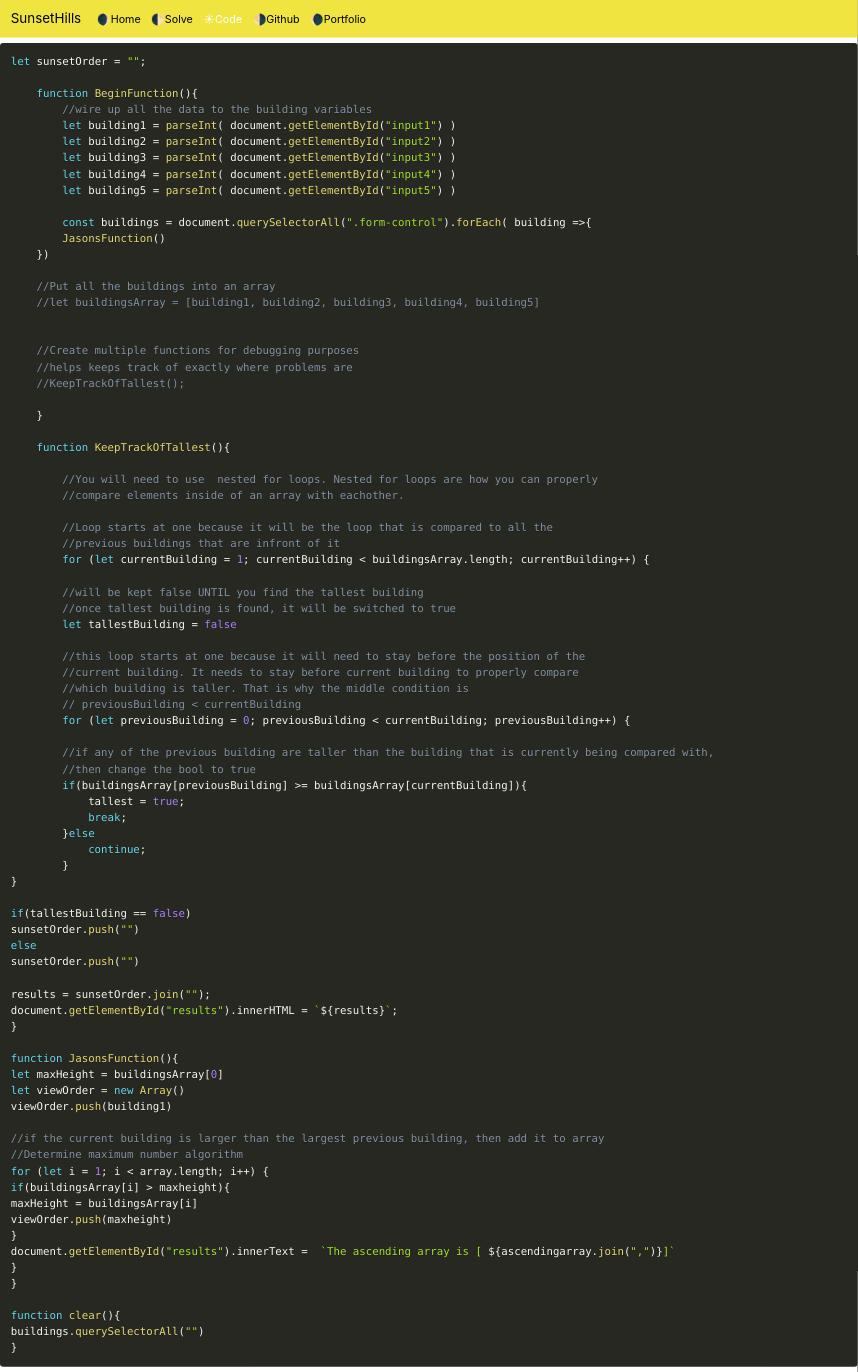
Repository: zhadjah9559/SunsetHills
Page: code.html
These files come from the project's save history. The page is drawn as it stood at one moment and after the next save; the edit follows.
The browser window is 1280 px wide. The pictures show the whole page, at 67% of full size.

Above is the page before, as saved 2021-01-14 17:20:41.

### code.html
<!doctype html>
<html lang="en">
  <head>
    <title>Title</title>
    <!-- Required meta tags -->
    <meta charset="utf-8">
    <meta name="viewport" content="width=device-width, initial-scale=1, shrink-to-fit=no">
    <meta http-equiv="X-UA-Compatible" content="ie=edge">
    <title>Fizz Buzz Coding Challenge (Implementing the Meta Strat</title>


    <!-- Bootstrap CSS -->
    <link rel="stylesheet" href="https://stackpath.bootstrapcdn.com/bootstrap/4.3.1/css/bootstrap.min.css" integrity="sha384-ggOyR0iXCbMQv3Xipma34MD+dH/1fQ784/j6cY/iJTQUOhcWr7x9JvoRxT2MZw1T" crossorigin="anonymous">
    <link rel="stylesheet" href="css/custom.css">
    <link rel="stylesheet" href="css/prism.css">

  </head>
  <body>
    <nav class="navbar navbar-expand-sm navbar-dark" style="background-color:  #F0E440;">
        <a class="navbar-brand" href="#">SunsetHills</a>
        <button class="navbar-toggler d-lg-none" type="button" data-toggle="collapse" data-target="#collapsibleNavId" aria-controls="collapsibleNavId"
            aria-expanded="false" aria-label="Toggle navigation"></button>
        <div class="collapse navbar-collapse" id="collapsibleNavId">
            <ul class="navbar-nav mr-auto mt-2 mt-lg-0">
                <li class="nav-item">
                    <a class="nav-link" href="index.html">🌒Home </a>
                </li>
                <li class="nav-item">
                    <a class="nav-link" href="solve.html">🌓Solve </a>
                </li>
                <li class="nav-item">
                    <a class="nav-link active" href="code.html">☀Code <span class="sr-only">(current)</span></a>
                </li>
                <li class="nav-item">
                    <a class="nav-link" target="_blank" href="https://github.com/zhadjah9559/SunsetHills">🌗Github</a>
                </li>
                <li class="nav-item">
                    <a class="nav-link" target="_blank" href="https://www.zacharyhadjah.netlify.app">🌘Portfolio</a>
                </li>
            </ul>
        </div>
    </nav>

    <pre class="language-javascript">
        <code class="line-numbers">
            let sunsetOrder = "";

    function BeginFunction(){
        //wire up all the data to the building variables
        let building1 = parseInt( document.getElementById("input1") )
        let building2 = parseInt( document.getElementById("input2") )
        let building3 = parseInt( document.getElementById("input3") )
        let building4 = parseInt( document.getElementById("input4") )
        let building5 = parseInt( document.getElementById("input5") )

        const buildings = document.querySelectorAll(".form-control").forEach( building =>{
        JasonsFunction()
    })

    //Put all the buildings into an array
    //let buildingsArray = [building1, building2, building3, building4, building5]


    //Create multiple functions for debugging purposes
    //helps keeps track of exactly where problems are
    //KeepTrackOfTallest();

    }

    function KeepTrackOfTallest(){

        //You will need to use  nested for loops. Nested for loops are how you can properly
        //compare elements inside of an array with eachother.

        //Loop starts at one because it will be the loop that is compared to all the
        //previous buildings that are infront of it
        for (let currentBuilding = 1; currentBuilding < buildingsArray.length; currentBuilding++) {

        //will be kept false UNTIL you find the tallest building
        //once tallest building is found, it will be switched to true
        let tallestBuilding = false

        //this loop starts at one because it will need to stay before the position of the
        //current building. It needs to stay before current building to properly compare
        //which building is taller. That is why the middle condition is
        // previousBuilding < currentBuilding
        for (let previousBuilding = 0; previousBuilding < currentBuilding; previousBuilding++) {

        //if any of the previous building are taller than the building that is currently being compared with,
        //then change the bool to true
        if(buildingsArray[previousBuilding] >= buildingsArray[currentBuilding]){
            tallest = true;
            break;
        }else
            continue;
        }
}

if(tallestBuilding == false)
sunsetOrder.push("")
else
sunsetOrder.push("")

results = sunsetOrder.join("");
document.getElementById("results").innerHTML = `${results}`;
}

function JasonsFunction(){
let maxHeight = buildingsArray[0]
let viewOrder = new Array()
viewOrder.push(building1)

//if the current building is larger than the largest previous building, then add it to array
//Determine maximum number algorithm
for (let i = 1; i < array.length; i++) {
if(buildingsArray[i] > maxheight){
maxHeight = buildingsArray[i]
viewOrder.push(maxheight)
}
document.getElementById("results").innerText =  `The ascending array is [ ${ascendingarray.join(",")}]`
}
}

function clear(){
buildings.querySelectorAll("")
}
        </code>
    </pre>

    <!-- Optional JavaScript -->
    <!-- jQuery first, then Popper.js, then Bootstrap JS -->
    <script src="https://code.jquery.com/jquery-3.3.1.slim.min.js" integrity="sha384-q8i/X+965DzO0rT7abK41JStQIAqVgRVzpbzo5smXKp4YfRvH+8abtTE1Pi6jizo" crossorigin="anonymous"></script>
    <script src="https://cdnjs.cloudflare.com/ajax/libs/popper.js/1.14.7/umd/popper.min.js" integrity="sha384-UO2eT0CpHqdSJQ6hJty5KVphtPhzWj9WO1clHTMGa3JDZwrnQq4sF86dIHNDz0W1" crossorigin="anonymous"></script>
    <script src="https://stackpath.bootstrapcdn.com/bootstrap/4.3.1/js/bootstrap.min.js" integrity="sha384-JjSmVgyd0p3pXB1rRibZUAYoIIy6OrQ6VrjIEaFf/nJGzIxFDsf4x0xIM+B07jRM" crossorigin="anonymous"></script>
    <script src="js/custom.js"></script>
    <script src="js/prism.js"></script>

  </body>
</html>

### css/custom.css
.navbar-dark .navbar-nav .active>.nav-link{
    color:black;
}
.navbar-dark .navbar-nav .nav-link{
    color:black;
}
.navbar .navbar-brand{
    color:black;
}

.container {
    width:960px;
    height:640px;
    position:absolute;
    top:50%;
    left:50%;
    margin-top:-320px;
    margin-left:-480px;
}

### css/prism.css
/* PrismJS 1.23.0
https://prismjs.com/download.html#themes=prism-okaidia&languages=markup+css+clike+javascript&plugins=normalize-whitespace */
/**
 * okaidia theme for JavaScript, CSS and HTML
 * Loosely based on Monokai textmate theme by http://www.monokai.nl/
 * @author ocodia
 */

code[class*="language-"],
pre[class*="language-"] {
	color: #f8f8f2;
	background: none;
	text-shadow: 0 1px rgba(0, 0, 0, 0.3);
	font-family: Consolas, Monaco, 'Andale Mono', 'Ubuntu Mono', monospace;
	font-size: 1em;
	text-align: left;
	white-space: pre;
	word-spacing: normal;
	word-break: normal;
	word-wrap: normal;
	line-height: 1.5;

	-moz-tab-size: 4;
	-o-tab-size: 4;
	tab-size: 4;

	-webkit-hyphens: none;
	-moz-hyphens: none;
	-ms-hyphens: none;
	hyphens: none;
}

/* Code blocks */
pre[class*="language-"] {
	padding: 1em;
	margin: .5em 0;
	overflow: auto;
	border-radius: 0.3em;
}

:not(pre) > code[class*="language-"],
pre[class*="language-"] {
	background: #272822;
}

/* Inline code */
:not(pre) > code[class*="language-"] {
	padding: .1em;
	border-radius: .3em;
	white-space: normal;
}

.token.comment,
.token.prolog,
.token.doctype,
.token.cdata {
	color: #8292a2;
}

.token.punctuation {
	color: #f8f8f2;
}

.token.namespace {
	opacity: .7;
}

.token.property,
.token.tag,
.token.constant,
.token.symbol,
.token.deleted {
	color: #f92672;
}

.token.boolean,
.token.number {
	color: #ae81ff;
}

.token.selector,
.token.attr-name,
.token.string,
.token.char,
.token.builtin,
.token.inserted {
	color: #a6e22e;
}

.token.operator,
.token.entity,
.token.url,
.language-css .token.string,
.style .token.string,
.token.variable {
	color: #f8f8f2;
}

.token.atrule,
.token.attr-value,
.token.function,
.token.class-name {
	color: #e6db74;
}

.token.keyword {
	color: #66d9ef;
}

.token.regex,
.token.important {
	color: #fd971f;
}

.token.important,
.token.bold {
	font-weight: bold;
}
.token.italic {
	font-style: italic;
}

.token.entity {
	cursor: help;
}

### js/custom.js
let sunsetOrder = "";

function BeginFunction(){
    //wire up all the data to the building variables
    let building1 = parseInt( document.getElementById("input1") )
    let building2 = parseInt( document.getElementById("input2") )
    let building3 = parseInt( document.getElementById("input3") )
    let building4 = parseInt( document.getElementById("input4") )
    let building5 = parseInt( document.getElementById("input5") )

    const buildings = document.querySelectorAll(".form-control").forEach( building =>{
        JasonsFunction()
    })

     //Put all the buildings into an array
     //let buildingsArray = [building1, building2, building3, building4, building5]


    //Create multiple functions for debugging purposes
    //helps keeps track of exactly where problems are
    //KeepTrackOfTallest();

}

function KeepTrackOfTallest(){


    //You will need to use  nested for loops. Nested for loops are how you can properly
    //compare elements inside of an array with eachother.

    //Loop starts at one because it will be the loop that is compared to all the
    //previous buildings that are infront of it
    for (let currentBuilding = 1; currentBuilding < buildingsArray.length; currentBuilding++) {

        //will be kept false UNTIL you find the tallest building
        //once tallest building is found, it will be switched to true
        let tallestBuilding = false

        //this loop starts at one because it will need to stay before the position of the
        //current building. It needs to stay before current building to properly compare
        //which building is taller. That is why the middle condition is
        // previousBuilding < currentBuilding
        for (let previousBuilding = 0; previousBuilding < currentBuilding; previousBuilding++) {

            //if any of the previous building are taller than the building that is currently being compared with,
            //then change the bool to true
            if(buildingsArray[previousBuilding] >= buildingsArray[currentBuilding]){
                tallest = true;
                break;
            }else
                continue;

        }
    }

    if(tallestBuilding == false)
        sunsetOrder.push("")
    else
        sunsetOrder.push("")

    results = sunsetOrder.join("");
    document.getElementById("results").innerHTML = `${results}`;
}

function JasonsFunction(){
    let maxHeight = buildingsArray[0]
    let viewOrder = new Array()
    viewOrder.push(building1)

    //if the current building is larger than the largest previous building, then add it to array
    //Determine maximum number algorithm
    for (let i = 1; i < array.length; i++) {
        if(buildingsArray[i] > maxheight){
            maxHeight = buildingsArray[i]
            viewOrder.push(maxheight)
        }
        document.getElementById("results").innerText =  `The ascending array is [ ${ascendingarray.join(",")}]`
    }
}

function clear(){
    buildings.querySelectorAll("")
}

Loaded but not shown: js/prism.js (library)

After the next save:
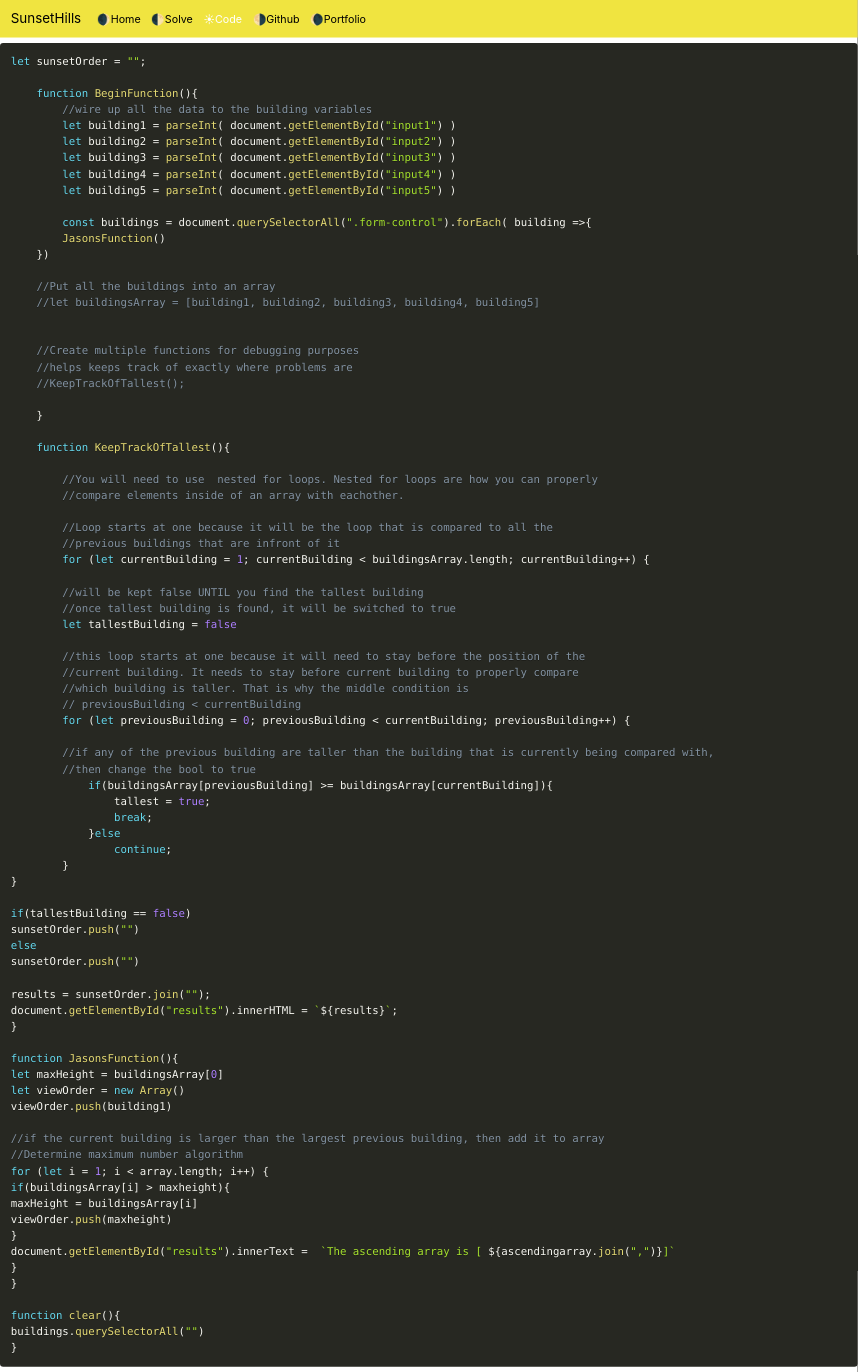
Saved 19 s later.
--- a/code.html
+++ b/code.html
@@ -88,11 +88,11 @@
 
         //if any of the previous building are taller than the building that is currently being compared with,
         //then change the bool to true
-        if(buildingsArray[previousBuilding] >= buildingsArray[currentBuilding]){
-            tallest = true;
-            break;
-        }else
-            continue;
+            if(buildingsArray[previousBuilding] >= buildingsArray[currentBuilding]){
+                tallest = true;
+                break;
+            }else
+                continue;
         }
 }
 
